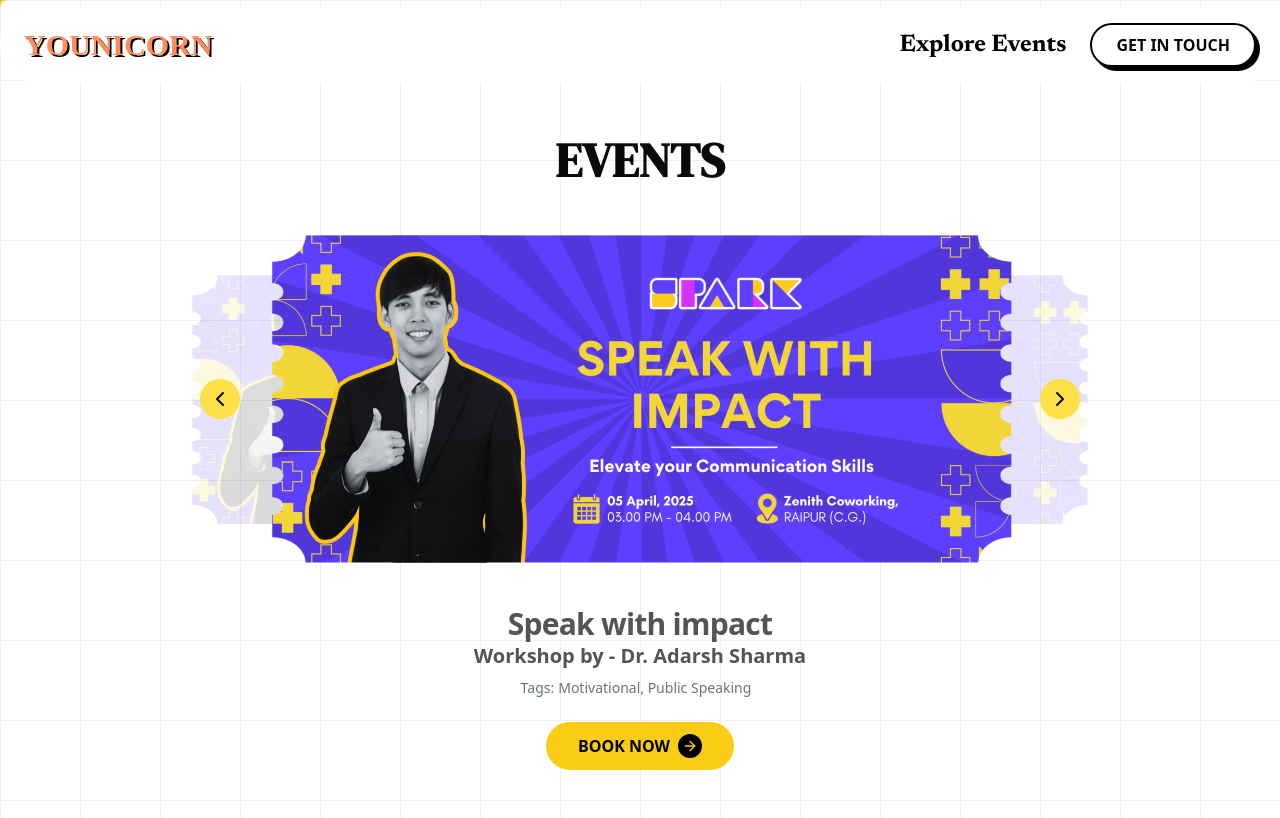
Repository: as-avni/dreamersite
Page: /events
An editor plug-in stored every save of this project. The page is shown before and after a run of saves, followed by the edit.
The browser window is 1280 px wide. The pictures show the whole page.
Some web fonts or font styles are not loaded; a fallback is used. The project was rebuilt for these pictures with package versions that can differ from the ones it lists, and the page was loaded fresh each time. The framework's server and built-in components were replaced by stand-ins that run in the browser. Also part of the build but not shown: next.config.ts.

Above is the page before, as saved 2025-03-27 17:45:28.

After the next 2 saves:
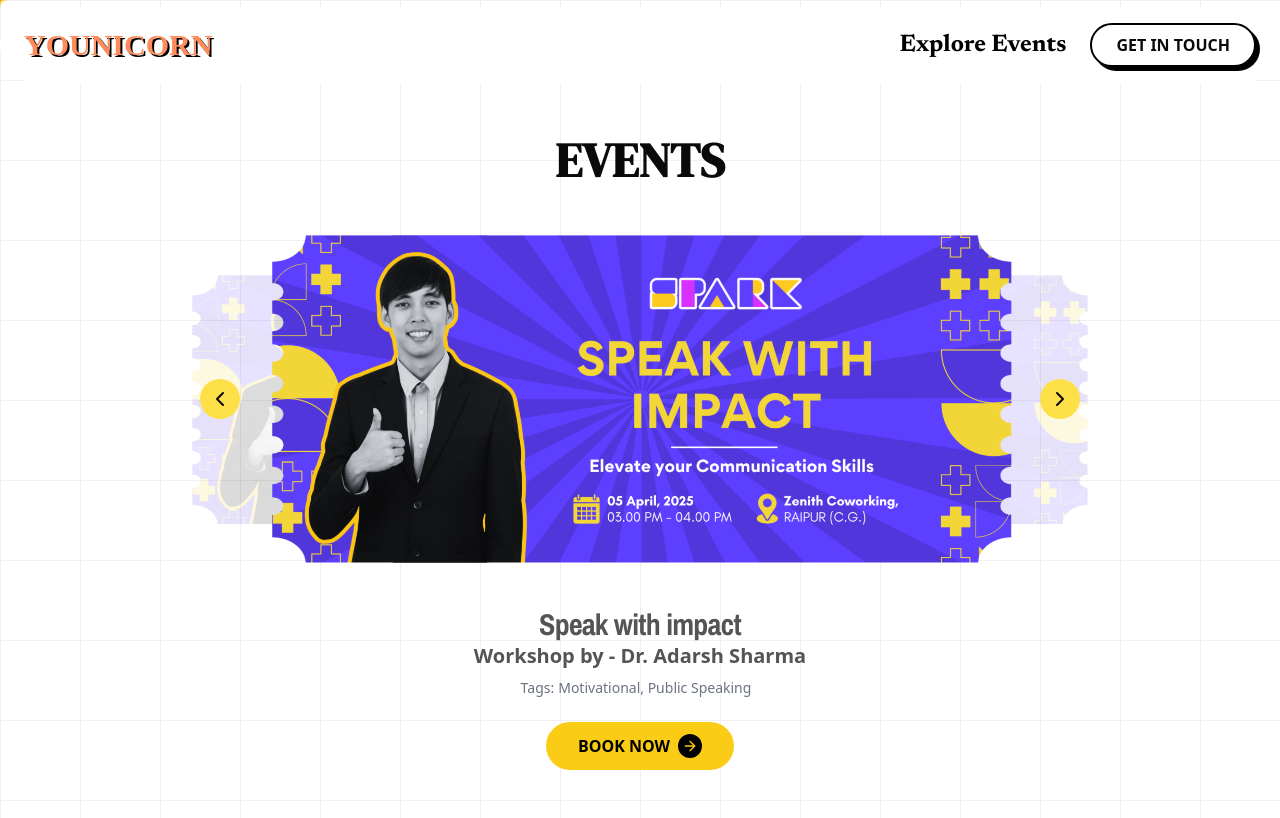
The 2 saves are shown as one change because they came seconds apart.
The last was saved 7 s later.
--- a/src/app/events/events-page.tsx
+++ b/src/app/events/events-page.tsx
@@ -83,7 +83,7 @@ return (
 
     {/* Event Details - Changes based on current carousel item */}
     <div className="text-center mb-4">
-        <h2 className="text-3xl font-bold  text-[#545454] tracking-tight">{currentEvent.title}</h2>
+        <h2 className="text-3xl font-bold font-archivenarrow text-[#545454] tracking-tight">{currentEvent.title}</h2>
         <p className="text-xl text-[#545454] font-semibold mb-2">Workshop by - {currentEvent.presenter}</p>
 
         <div className="flex justify-center items-center mb-6">
